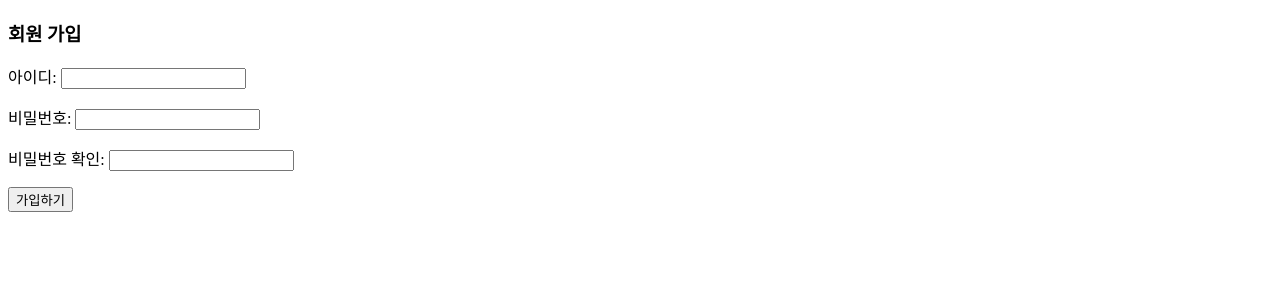
Repository: kiyongee2/kh-jsp
Page: http://localhost/jwbook/validation/regex3.jsp
The author's editor kept a copy of each file at every save. The page is drawn from the files as they stood at one save, then again after the next save.
The browser window is 1280 px wide. The pictures show the whole page.
The page is served by Tomcat 9.

Above is the page before, as saved 2023-11-23 22:34:07.

After the next save:
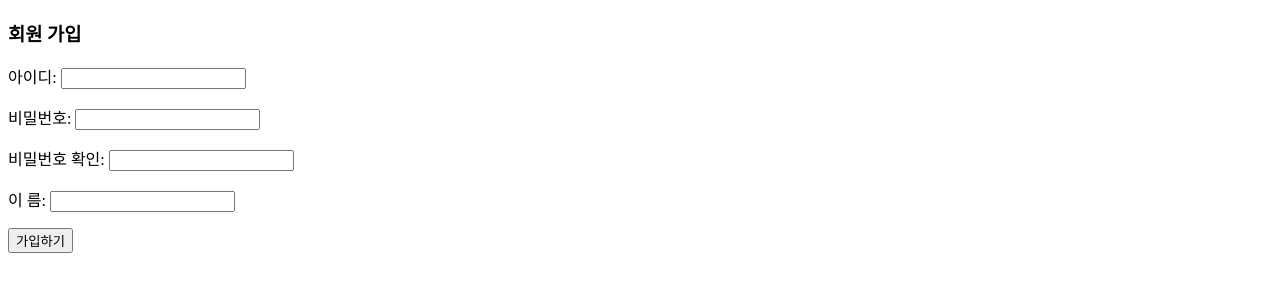
Saved 31 s later.
--- a/jwbook/src/main/webapp/validation/regex3.jsp
+++ b/jwbook/src/main/webapp/validation/regex3.jsp
@@ -46,6 +46,7 @@
 		<p>아이디: <input type="text" name="uid">
 		<p>비밀번호: <input type="password" name="passwd1">
 		<p>비밀번호 확인: <input type="password" name="passwd2">
+		<p>이 름: <input type="text" name="name">
 		<p><button type="button" onclick="checkMember()">가입하기</button>
 	</form>
 </body>
